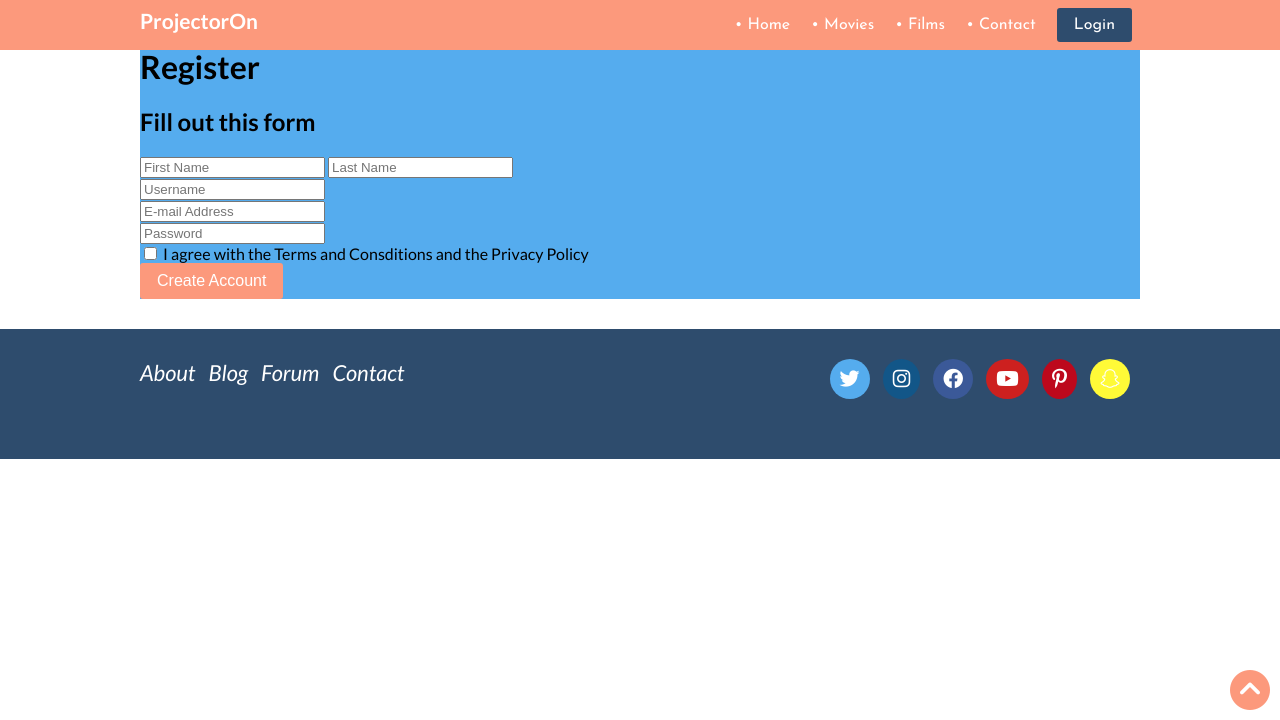
Repository: albayrakfatih/ProjectorOn_WebMovieApp
Page: register.html
These files come from the project's save history. The page is drawn as it stood at one moment and after a run of saves; the edit follows.
The browser window is 1280 px wide. The pictures show the whole page.
Some web libraries are served in a nearby version.

Above is the page before, as saved 2023-04-30 01:43:16.

After the next 2 saves:
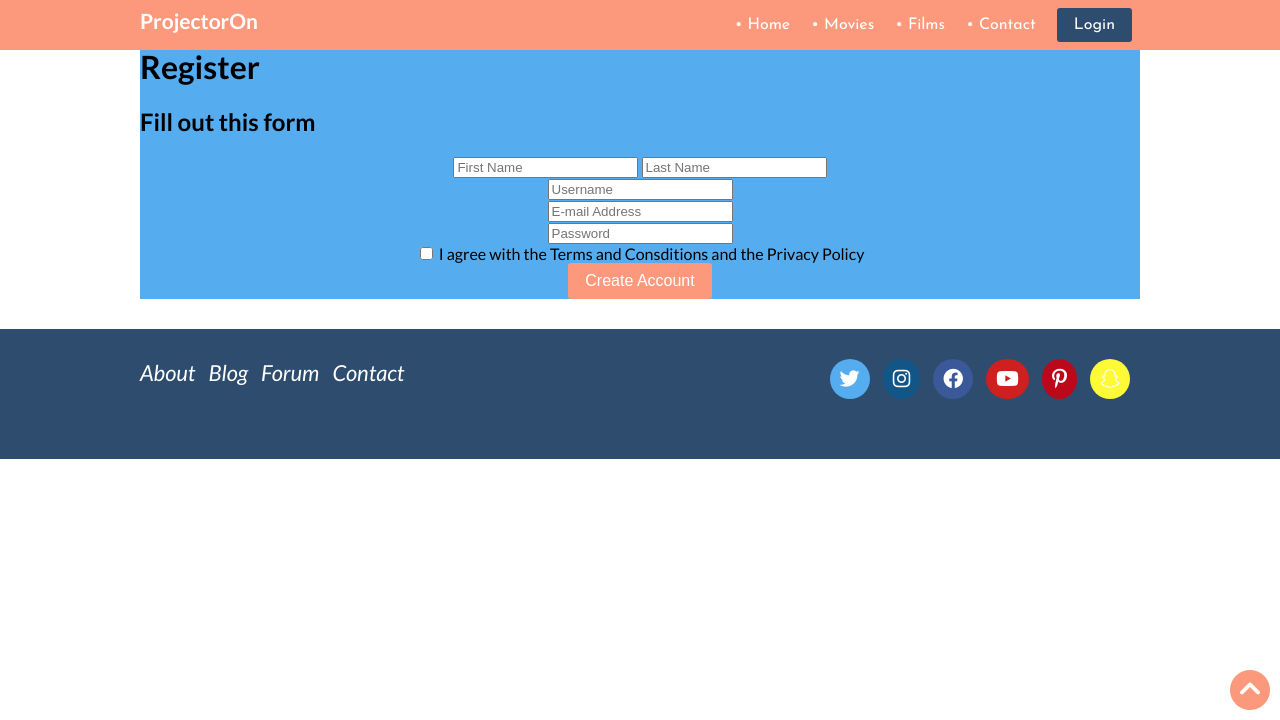
The 2 saves are shown as one change because they came seconds apart.
The last was saved 8 s later.
--- a/css/styles.css
+++ b/css/styles.css
@@ -384,4 +384,6 @@ footer ul li {
 .register-card {
     background-color: #55acee;
 }
-.signup
+.signup-form {
+    text-align: center;
+}
